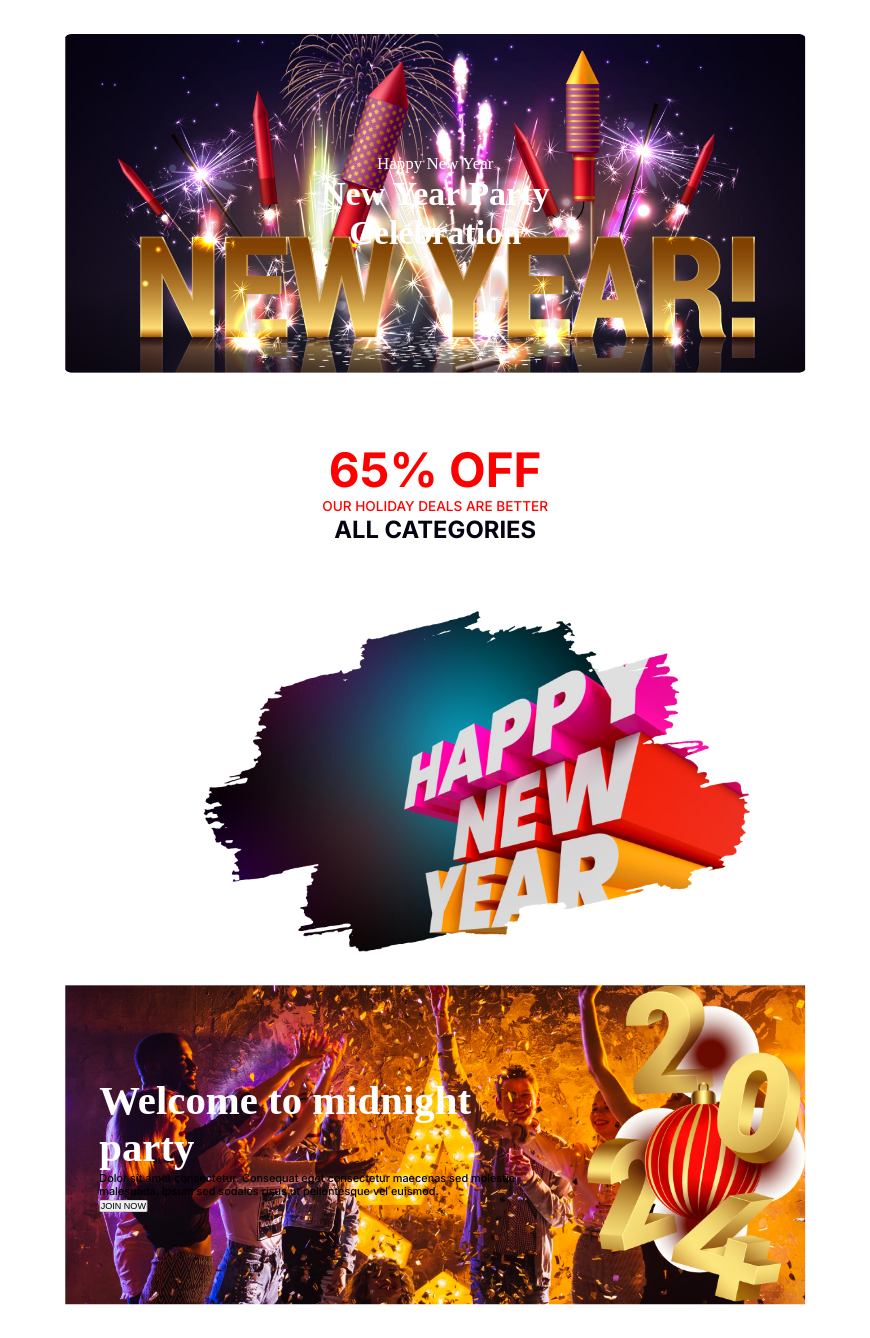
Repository: sumonkumarsarkar/new-year-2024
Page: index.html
These files come from the project's save history. The page is drawn as it stood at one moment and after the next save; the edit follows.
The browser window is 1280 px wide. The pictures show the whole page, at 68% of full size.

Above is the page before, as saved 2024-01-08 11:21:17.

### index.html
<!DOCTYPE html>
<html lang="en">
  <head>
    <meta charset="UTF-8" />
    <meta name="viewport" content="width=device-width, initial-scale=1.0" />
    <title>Happy Nwe Year-2024</title>
    <link rel="preconnect" href="https://fonts.googleapis.com" />
    <link rel="preconnect" href="https://fonts.gstatic.com" crossorigin />
    <link
      href="https://fonts.googleapis.com/css2?family=Inter:wght@100;200;300;500;600;700&display=swap"
      rel="stylesheet"
    />
    <link rel="stylesheet" href="/style.css" />
  </head>
  <body>
    <!-- banner-section start  -->
    <header>
      <div class="container banner">
        <div class="heading-text">
          <h4>Happy New Year</h4>
          <h3>New Year Party Celebration</h3>
        </div>
      </div>
    </header>
    <!-- banner-section end  -->

    <!-- holiday deal start  -->
    <section id="holiday-deal">
      <div class="container-holiday">
        <div class="holiday-text">
          <h2>65% OFF</h2>
          <p>OUR HOLIDAY DEALS ARE BETTER</p>
          <h4>ALL CATEGORIES</h4>
        </div>
        <div class="holiday-img">
          <img src="./image/New Year Photo.png" alt="" />
        </div>
      </div>
    </section>
    <!-- holiday deal end  -->

    <section id="midnight-section">
      <div class="container midnight-banner">
        <div class="midnight-content">
          <div class="midnight-text">
            <h3>Welcome to midnight party</h3>
            <p>
              Dolor sit amet consectetur. Consequat eget consectetur maecenas
              sed molestie malesuada. Ipsum sed sodales risus ut pellentesque
              vel euismod.
            </p>
            <button type="button">JOIN NOW</button>
          </div>
          <div class="midmight-section">
            <img src="./image/Group 70.png" alt="" />
          </div>
        </div>
      </div>
    </section>
  </body>
</html>

### style.css
* {
  margin: 0;
  padding: 0;
}
body {
  font-family: "Inter", sans-serif;
}
/* banner section end  */
.container {
  max-width: 1140px;
  width: 85%;
  margin: 50px auto;
}
.banner {
  background-image: url(./image/Banner\ Image.png);
  background-position: center;
  background-repeat: no-repeat;
  background-size: cover;
}
.heading-text {
  text-align: center;
  justify-content: center;
  padding: 177px 300px;
}
.heading-text h3 {
  color: #fff;
  text-align: center;
  font-family: Merriweather;
  font-size: 50px;
  font-style: normal;
  font-weight: 900;
}
.heading-text h4 {
  color: #fff;
  text-align: center;
  font-family: Merriweather;
  font-size: 25px;
  font-style: normal;
  font-weight: 400;
  line-height: normal;
}

/* banner section end  */

/* holiday -section start  */
.container-holiday {
  width: 85%;
  max-width: 680px;
  margin: 0 auto;
}
.holiday-text {
  text-align: center;
  justify-content: center;
  padding: 50px 50px;
  margin: 50px;
}
.holiday-text h2 {
  color: #f00;
  text-align: center;
  font-family: Inter;
  font-size: 70px;
  font-style: normal;
  font-weight: 700;
  line-height: normal;
}
.holiday-text p {
  color: #f00;

  text-align: center;
  font-family: Inter;
  font-size: 20px;
  font-style: normal;
  font-weight: 500;
  line-height: normal;
}
.holiday-text h4 {
  color: #070211;

  text-align: center;
  font-family: Inter;
  font-size: 35px;
  font-style: normal;
  font-weight: 700;
  line-height: normal;
}

.holiday-img {
  text-align: center;
  justify-content: center;
  width: 680px;
  height: 500px;
}
/* holiday -section start  */

/* midnight party start  */

.midnight-banner {
  background-image: url("./image/Vectorrr.png");
  background-position: center;
  background-repeat: no-repeat;
  background-size: cover;
}
.midnight-content {
  display: flex;
  justify-content: space-between;
  align-items: center;
}

.midnight-text {
  padding: 100px 50px;
  align-items: center;
}
.midnight-text h3 {

  align-items: center;
  color: #fff;
  font-family: Merriweather;
  font-size: 60px;
  font-style: normal;
  font-weight: 900;


}
.midnight-text p {


}
button {

}

/* midnight party end */

After the next save:
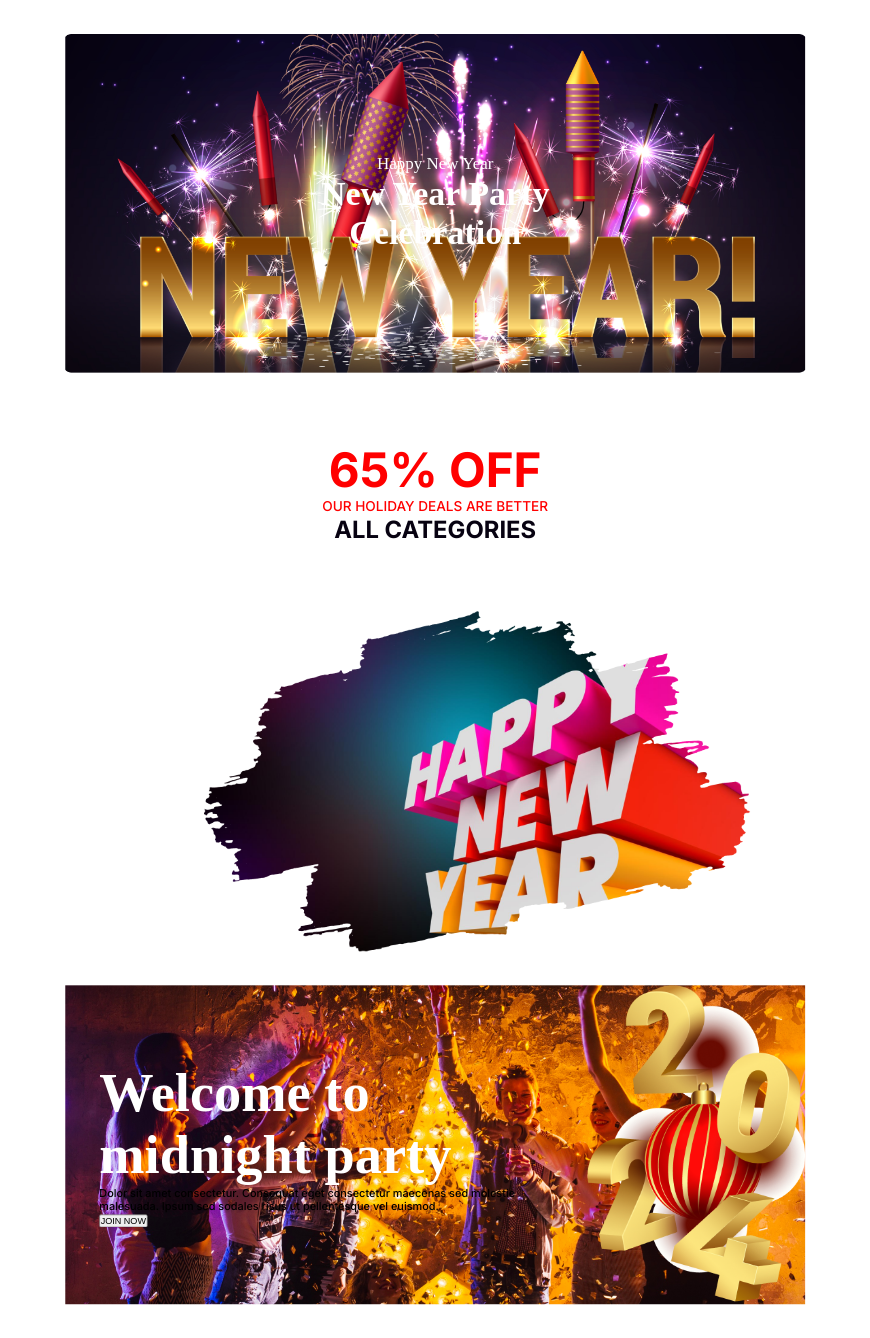
Saved 7 s later.
--- a/style.css
+++ b/style.css
@@ -115,7 +115,7 @@ body {
   align-items: center;
   color: #fff;
   font-family: Merriweather;
-  font-size: 60px;
+  font-size: 80px;
   font-style: normal;
   font-weight: 900;
 
